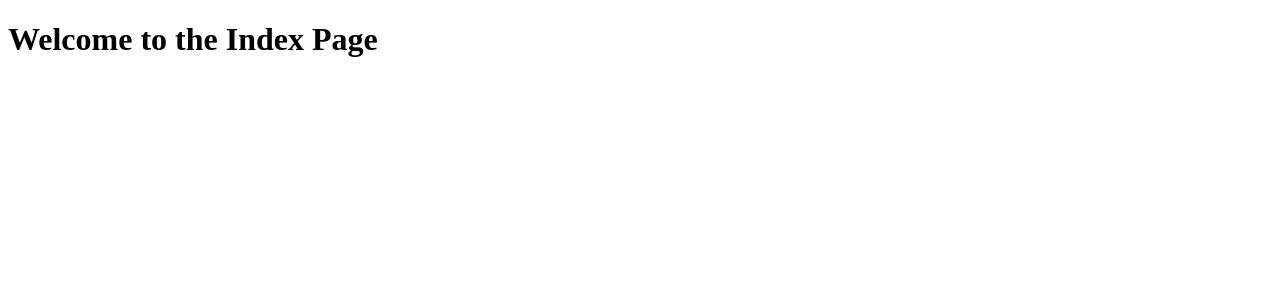
Repository: Rida702/ServerTesting
Page: http://localhost/
An editor plug-in stored every save of this project. The page is shown before and after a run of saves, followed by the edit.
The browser window is 1280 px wide. The pictures show the whole page.
The page is served by the project's application, run on Django 5.2 (manage.py). Other server files are loaded and not shown.

Above is the page before, as saved 2023-12-31 23:38:43.

### backend/templates/index.html
<!-- your_app_name/templates/index.html -->
<!DOCTYPE html>
<html lang="en">
<head>
    <meta charset="UTF-8">
    <meta name="viewport" content="width=device-width, initial-scale=1.0">
    <title>Index Page</title>
</head>
<body>
    <h1>Welcome to the Index Page</h1>


</body>
</html>

### backend/imageApp/views.py
# views.py
from django.shortcuts import render
from .forms import ImageUploadForm
from PIL import Image
import os
from django.conf import settings
from django.core.files import File

def index_view(request):
    return render(request, 'index.html')

def upload_view(request):
    return render(request, 'upload.html')


def grayscale_image(image_path):
    img = Image.open(image_path).convert('L')
    save_path = os.path.join('media', 'grayscaled')
    print(save_path)
    #save_path = os.path.join(settings.MEDIA_ROOT, 'grayscaled')
    os.makedirs(save_path, exist_ok=True)
    grayscale_filename = f"grayscaled_{os.path.basename(image_path)}"
    grayscale_path = os.path.join(save_path, grayscale_filename)

    # Use Django's File class to handle file saving
    with open(grayscale_path, 'wb') as f:
        img.save(f, format="JPEG")

    return grayscale_path

def upload_image(request):
    if request.method == 'POST':
        form = ImageUploadForm(request.POST, request.FILES)
        if form.is_valid():
            uploaded_image = form.save()


            grayscale_path = grayscale_image(uploaded_image.image.path)
            print(f"Original Image Path: {uploaded_image.image.path}")
            print(f"Grayscale Image Path: {grayscale_path}")

            # Construct the relative path manually
            relative_path = os.path.relpath(grayscale_path, settings.MEDIA_ROOT)

            # Ensure there is no leading slash
            relative_path = relative_path.lstrip('/')

            uploaded_image.grayscale_image = f'media/{relative_path}'
            uploaded_image.save()
            grayscale_path = grayscale_image(uploaded_image.image.path)
            print(f"Original Image Path: {uploaded_image.image.path}")
            print(f"Grayscale Image Path: {grayscale_path}")

            return render(request, 'result.html', {'uploaded_image': uploaded_image})
    else:
        form = ImageUploadForm()
    return render(request, 'upload.html', {'form': form})

### backend/core/urls.py
from django.conf import settings
from django.conf.urls.static import static
from django.contrib import admin
from django.urls import path, include
from imageApp.views import index_view, upload_image

urlpatterns = [
    path("admin/", admin.site.urls),
    path('', index_view, name='index'),
    #path('', include('imageApp.urls')),
    #path('upload/', upload_image, name='upload_image'),
    path('', upload_image, name='upload_image'),
]

if settings.DEBUG:
    urlpatterns += static(settings.MEDIA_URL, document_root=settings.MEDIA_ROOT)

After the next 2 saves:
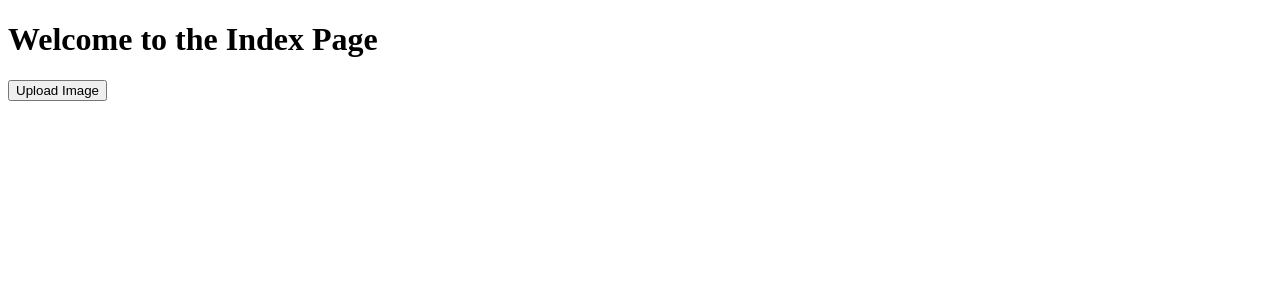
The 2 saves are shown as one change because they came seconds apart.
The last was saved 11 s later.
--- a/backend/templates/index.html
+++ b/backend/templates/index.html
@@ -9,6 +9,12 @@
 <body>
     <h1>Welcome to the Index Page</h1>
 
+    <!-- upload.html -->
+    <form method="post" enctype="multipart/form-data">
+        {% csrf_token %}
+        {{ form }}
+        <button type="submit">Upload Image</button>
+    </form>
 
 </body>
 </html>
